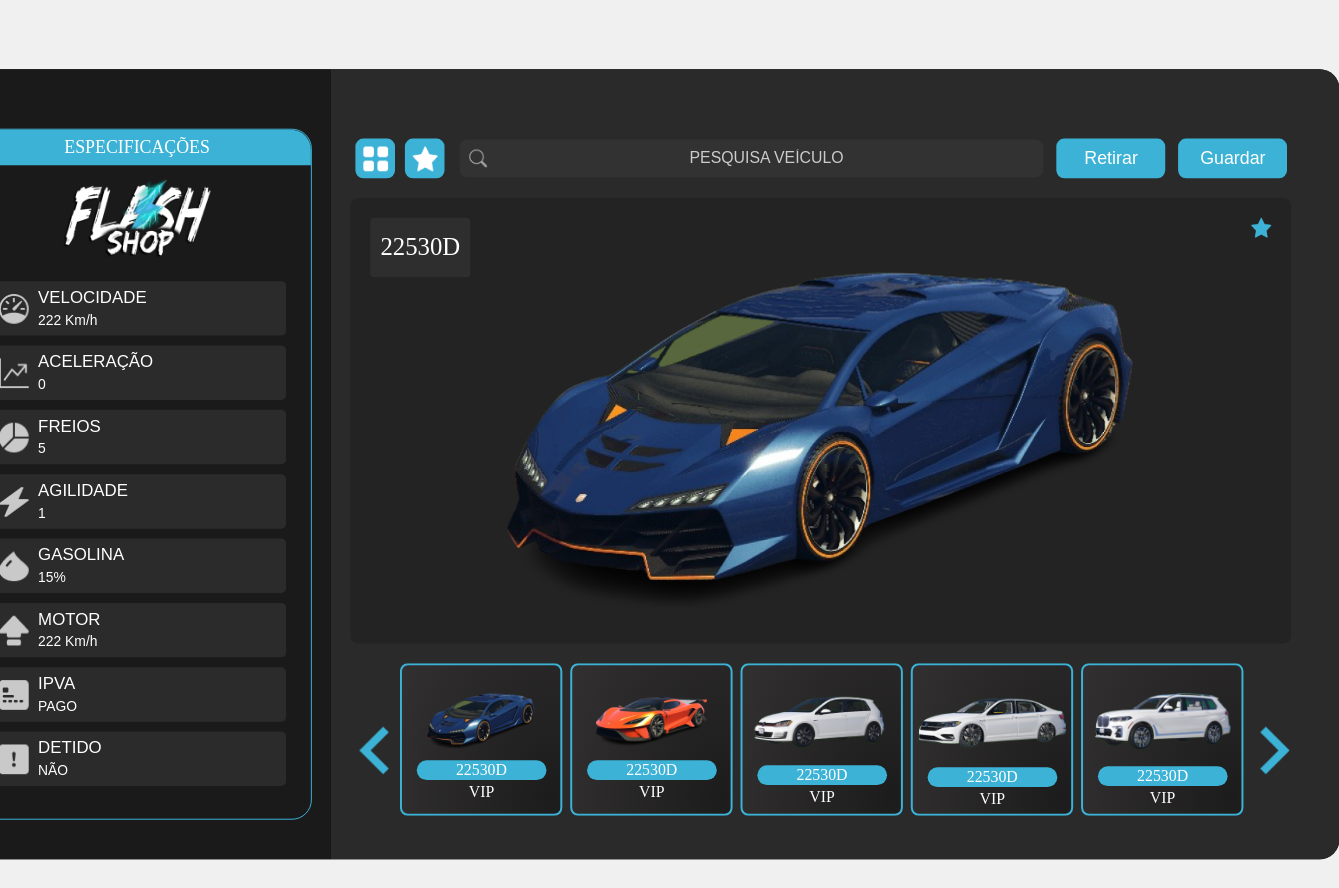
Repository: DuMCorrea/Garagem
Page: index.html
An editor plug-in stored every save of this project. The page is shown before and after the next save, followed by the edit.
The browser window is 1280 px wide. The page is 1353 px wide, so the pictures cover 1353 px, including what lies to the right of the window. The pictures show the whole page, at 99% of full size.
Some web fonts or font styles are not loaded; a fallback is used.

Above is the page before, as saved 2024-08-22 20:19:22.

### index.html
<!DOCTYPE html>
<html lang="pt-BR">
<head>
    <meta charset="UTF-8">
    <meta name="viewport" content="width=device-width, initial-scale=1.0">
    <link href="https://fonts.googleapis.com/css2?family=Baloo+Bhai&display=swap" rel="stylesheet">
    <title>Div Principal</title>
    <link rel="stylesheet" href="styles.css">
</head>
<body>
    <div class="div-principal">
        <div class="div-esquerda">
            <div class="retangulo-informacoes-3 duplicadoo">
                <img src="assets/FlashStore 2.png" alt="Imagem Mecânico" class="imagem-mecanico">
                <div class="titulo-retangulo">ESPECIFICAÇÕES</div>
                <div class="saldo-conteudo">
                    <div class="saldo-item">
                        <img src="assets/Velo.png" alt="Imagem de Carteira" class="saldo-imagem">
                        <div class="saldo-texto">
                            <p class="saldo-titulo">VELOCIDADE</p>
                            <p class="saldo-valor">222 Km/h</p>
                        </div>
                    </div>
                    <div class="saldo-item">
                        <img src="assets/Ace.png" alt="Imagem de Carteira" class="saldo-imagem">
                        <div class="saldo-texto">
                            <p class="saldo-titulo">ACELERAÇÃO</p>
                            <p class="saldo-valor">0</p>
                        </div>
                    </div>
                    <div class="saldo-item">
                        <img src="assets/Freios.png" alt="Imagem de Carteira" class="saldo-imagem">
                        <div class="saldo-texto">
                            <p class="saldo-titulo">FREIOS</p>
                            <p class="saldo-valor">5</p>
                        </div>
                    </div>
                    <div class="saldo-item">
                        <img src="assets/Agi.png" alt="Imagem de Carteira" class="saldo-imagem">
                        <div class="saldo-texto">
                            <p class="saldo-titulo">AGILIDADE</p>
                            <p class="saldo-valor">1</p>
                        </div>
                    </div>
                    <div class="saldo-item">
                        <img src="assets/Gaso.png" alt="Imagem de Carteira" class="saldo-imagem">
                        <div class="saldo-texto">
                            <p class="saldo-titulo">GASOLINA</p>
                            <p class="saldo-valor">15%</p>
                        </div>
                    </div>
                    <div class="saldo-item">
                        <img src="assets/Motor.png" alt="Imagem de Carteira" class="saldo-imagem">
                        <div class="saldo-texto">
                            <p class="saldo-titulo">MOTOR</p>
                            <p class="saldo-valor">222 Km/h</p>
                        </div>
                    </div>
                    <div class="saldo-item">
                        <img src="assets/Ipva.png" alt="Imagem de Carteira" class="saldo-imagem">
                        <div class="saldo-texto">
                            <p class="saldo-titulo">IPVA</p>
                            <p class="saldo-valor">PAGO</p>
                        </div>
                    </div>
                    <div class="saldo-item">
                        <img src="assets/Detido.png" alt="Imagem de Carteira" class="saldo-imagem">
                        <div class="saldo-texto">
                            <p class="saldo-titulo">DETIDO</p>
                            <p class="saldo-valor">NÃO</p>
                        </div>
                    </div>

                </div>
            </div>
        </div>


        <div class="div-direita">
            <div class="retangulo-fundo">
                <!-- Adicionando os quadrados e o input de pesquisa ao fundo -->
                <div class="container-quadrados">
                    <button class="botao-quadrado-azul">
                        <img src="assets/4Quadrados.png" alt="Ícone 1" class="pequena-imagem">
                    </button>
                    <button class="botao-quadrado-azul">
                        <img src="assets/estrela.png" alt="Ícone 2" class="pequena-imagem">
                    </button>
                    <div class="input-container">
                        <input type="text" class="input-pesquisa" placeholder="PESQUISA VEÍCULO">
                        <button class="botao-icone-pesquisa">
                            <img src="assets/lupa (2).png" alt="Ícone Pesquisa" class="icone-pesquisa">
                        </button>
                        <!-- Novos retângulos ao lado do input -->
                        <button class="botao-retangulo-azul">Retirar</button>
                        <button class="botao-retangulo-azul">Guardar</button>
                    </div>
                </div>

                <div class="codigo-overlay">22530D</div>
                <img src="assets/CarroMaior.png" alt="Imagem Central" class="imagem-central">
                <img src="assets/estrelaAzul.png" alt="Ícone Superior Direito" class="imagem-direita">
            </div>

            <button class="imagem-lateral imagem-lateral-esquerda">
                <img src="assets/menorMaior.png" alt="Imagem Esquerda">
            </button>

            <!-- Nova seção para os cards com fundo retangular azul claro -->
            <div class="fundo-cards">
                <div class="cards-container">
                    <div class="card">
                        <img src="assets/carro1.png" alt="Card 1" class="card-image">
                        <div class="card-content">
                            <div class="card-code">22530D</div>
                            <div class="card-vip">VIP</div>
                        </div>
                    </div>
                    <div class="card">
                        <img src="assets/carro2.png" alt="Card 2" class="card-image">
                        <div class="card-content">
                            <div class="card-code">22530D</div>
                            <div class="card-vip">VIP</div>
                        </div>
                    </div>
                    <div class="card">
                        <img src="assets/carro3.png" alt="Card 3" class="card-image2">
                        <div class="card-content">
                            <div class="card-code">22530D</div>
                            <div class="card-vip">VIP</div>
                        </div>
                    </div>
                    <div class="card">
                        <img src="assets/carro4.png" alt="Card 4" class="card-image3">
                        <div class="card-content">
                            <div class="card-code">22530D</div>
                            <div class="card-vip">VIP</div>
                        </div>
                    </div>
                    <div class="card">
                        <img src="assets/carro5.png" alt="Card 5" class="card-image4">
                        <div class="card-content">
                            <div class="card-code">22530D</div>
                            <div class="card-vip">VIP</div>
                        </div>
                    </div>
                    <button class="imagem-lateral imagem-lateral-direita">
                        <img src="assets/maiorMenor.png" alt="Imagem Direita">
                    </button>
                </div>
            </div>
        </div>







    </div>
</body>
</html>

### styles.css
body {
    display: flex;
    flex-direction: column;
    align-items: center;
    margin: 0;
    background-color: #f0f0f0;
    font-family: 'Baloo Bhai';
    overflow-y: auto;
    margin-top: 70px;
}

.div-principal {
    position: relative;
    display: flex;
    width: 1425px;
    height: 798px;
    border-radius: 20px;
    background-color: #010101;
    margin-bottom: 20px;
}

.div-esquerda {
    width: 27%; /* Ocupa 30% da largura da div-principal */
    background-color: #1A1A1A; /* Cor de fundo diferente para destaque */
    border-radius: 20px 0px 0px 20px; /* Canto arredondado na esquerda */
    padding: 20px;
}

.div-direita {
    width: 72%; /* Ocupa 70% da largura da div-principal */
    background-color: #2A2A2A; /* Cor de fundo diferente para destaque */
    border-radius: 0px 20px 20px 0px; /* Canto arredondado na direita */
    padding: 20px;
}

.retangulo-informacoes-3 {
    width: 320px;
    height: 232px;
    position: absolute;
    top: 580px;
    left: 462px;
    border-radius: 20px;
    border: 1px solid #3CB3D6;
    background-color: rgba(0, 0, 0, 0); /* Ajuste da opacidade de fundo */
    opacity: 1; /* Visibilidade ativada */
}
.duplicadoo {
    width: 350px;
    height: 696px;
    position: absolute;
    top: 60px;
    left: 35px;
    border-radius: 20px;
    border: 1px solid #3CB3D6;
    background-color: rgba(0, 0, 0, 0); /* Ajuste da opacidade de fundo */
    opacity: 1; /* Visibilidade ativada */
}

.titulo-retangulo {
    width: 100%; /* Ajusta a largura ao do retângulo */
    height: 36px;
    background: #3CB3D6; /* Cor de fundo */
    border-radius: 20px 20px 0 0; /* Arredonda apenas os cantos superiores */
    color: white; /* Cor do texto */
    font-size: 18px; /* Tamanho do texto */
    line-height: 36px; /* Centraliza verticalmente o texto */
    text-align: center; /* Centraliza horizontalmente o texto */
    position: absolute;
    top: 0; /* Alinha o título ao topo do retângulo */
    left: 0; /* Alinha o título à esquerda do retângulo */
}

.status-rectangle {
    width: 300px;
    height: 35px;
    position: absolute;
    top: 130px;
    left: 16px;
    display: flex;
    align-items: center;
    justify-content: space-between; /* Ajuste para espaçar os textos */
    padding: 0 10px; /* Adicione um pequeno padding para afastar o texto das bordas */
    border-radius: 5px;
    opacity: 1; /* Tornar o retângulo visível */
    background: #37373796;
  }
  .status-text {
    font-size: 14px;
    color: #fff;
    font-family: 'Baloo Bhai', sans-serif;
  }

  .imagem-mecanico {
    display: block;
    margin: 0 auto; /* Centraliza a imagem horizontalmente */
    width: 50%; /* Ajuste a largura da imagem conforme necessário */
    height: 25%; /* Ajuste a altura da imagem conforme necessário */
    position: absolute;
    top: 0px; /* Ajuste a posição vertical da imagem */
    left: 50%;
    transform: translateX(-50%); /* Centraliza a imagem em relação ao retângulo */
}








.saldo-imagem {
    width: 30px;
    height: 30px;
    margin-right: 10px; /* Espaçamento entre a imagem e o texto */
}
.saldo-conteudo {
    display: flex;
    flex-direction: column;
    align-items: center;
    justify-content: center;
    height: 100%;
    padding: 10px;
    gap: 10px; /* Espaçamento entre os retângulos */
    margin-top: 50px;
}

.saldo-item {
    display: flex;
    align-items: center;
    width: 280px;
    height: 35px;
    border-radius: 5px;
    background: #37373796;
    padding: 10px;
}

.saldo-texto {
    display: flex;
    flex-direction: column;
    gap: 2px; /* Espaçamento reduzido entre o título e o valor */
    font-family: 'Baloo Bhai', sans-serif;


}

.saldo-titulo {
    font-family: 'Baloo Bhai', sans-serif;
    font-size: 17px;
    font-weight: 400;
    line-height: 20px; /* Ajuste na altura da linha para deixar os textos mais próximos */
    text-align: left;
    color: white;
    margin: 0;
}
.saldo-valor {
    font-family: 'Baloo Bhai', sans-serif;
    font-size: 14px;
    font-weight: 400;
    line-height: 20px; /* Ajuste na altura da linha para deixar os textos mais próximos */
    text-align: left;
    color: white;
    margin: 0;
}



/* DIV DA DIREITA */

/* Estilo para o contêiner dos quadrados e do input de pesquisa */
.container-quadrados {
    position: absolute;
    top: -60px; /* Ajuste para posicionar os quadrados acima do fundo */
    left: 5px; /* Ajuste para mover os quadrados mais para a esquerda */
    display: flex;
    gap: 10px; /* Espaçamento entre os quadrados e o input */
}

.botao-quadrado-azul {
    width: 40px; /* Tamanho do quadrado */
    height: 40px; /* Tamanho do quadrado */
    background-color: #3CB3D6; /* Cor de fundo azul claro */
    display: flex;
    justify-content: center;
    align-items: center;
    border: none; /* Remove a borda padrão */
    border-radius: 8px; /* Bordas arredondadas */
    cursor: pointer; /* Indica que o elemento é clicável */
    padding: 0; /* Remove o padding padrão do botão */
    margin: 0; /* Remove a margem padrão do botão */
}

.pequena-imagem {
    width: 25px; /* Tamanho da imagem */
    height: 25px;
}

/* Estilo para o contêiner do input e ícone */
.input-container {
    position: relative; /* Define o contexto para o ícone */
    margin-left: 5px; /* Espaçamento entre os quadrados e o input */
}

/* Estilo para o input de pesquisa */
.input-pesquisa {
    padding: 10px 10px 10px 40px; /* Espaçamento interno, espaço adicional à esquerda para o ícone */
    width: 540px; /* Largura do input */
    background: rgba(62, 62, 62, 0.42); /* Cor de fundo com opacidade */
    border: none; /* Remove a borda padrão */
    border-radius: 8px; /* Bordas arredondadas */
    color: #fff; /* Cor do texto */
    font-size: 16px; /* Tamanho da fonte */
    text-align: center; /* Centraliza o texto do placeholder */
}

.input-pesquisa::placeholder {
    color: #ccc; /* Cor do placeholder */
}

/* Estilo para o botão da lupa */
.botao-icone-pesquisa {
    position: absolute; /* Alinha o botão com o input */
    left: 10px; /* Alinha o ícone à esquerda dentro do input */
    top: 50%; /* Alinha verticalmente o ícone no centro */
    transform: translateY(-50%); /* Corrige o alinhamento vertical */
    width: 18px; /* Tamanho do botão */
    height: 18px; /* Tamanho do botão */
    background: transparent; /* Remove o fundo do botão */
    border: none; /* Remove a borda padrão do botão */
    cursor: pointer; /* Indica que o botão é clicável */
    padding: 0; /* Remove o padding padrão do botão */
    display: flex; /* Centraliza o ícone dentro do botão */
    justify-content: center;
    align-items: center;
}
/* Estilo para o ícone dentro do botão */
.botao-icone-pesquisa img {
    width: 18px; /* Tamanho do ícone */
    height: 18px; /* Tamanho do ícone */
}

/* Outros estilos existentes */
.retangulo-fundo {
    width: 950px;
    height: 450px;
    background: rgba(29, 28, 28, 0.48); /* Cor com opacidade */
    border-radius: 8px;
    display: flex;
    justify-content: center;
    align-items: center;
    margin-top: 110px;
    position: relative; /* Define a posição relativa para o fundo */
}

.imagem-central {
    width: 650px;
    height: 378.6px;
}

.codigo-overlay {
    position: absolute;
    top: 20px; /* Ajusta a posição para o canto superior */
    left: 20px; /* Ajusta a posição para o canto esquerdo */
    padding: 5px 10px;
    background: rgba(62, 62, 62, 0.42); /* Cor com opacidade */
    border-radius: 4px;
    color: #fff;
    font-size: 25px;
    line-height: 50px;
}

.imagem-direita {
    position: absolute;
    top: 20px; /* Posição no canto superior */
    right: 20px; /* Posição no canto direito */
    width: 20px; /* Ajuste o tamanho conforme necessário */
    height: 20px; /* Ajuste o tamanho conforme necessário */
}

.botao-quadrado-azul img {
    width: 25px; /* Tamanho da imagem */
    height: 25px;
}
/* Estilo para os botões dos retângulos */
.botao-retangulo-azul {
    width: 110px; /* Largura dos retângulos */
    height: 40px; /* Altura dos retângulos */
    background-color: #3CB3D6; /* Cor de fundo azul claro */
    display: flex;
    justify-content: center;
    align-items: center;
    border: none; /* Remove a borda padrão */
    border-radius: 8px; /* Bordas arredondadas */
    color: #fff; /* Cor do texto */
    font-size: 18px; /* Tamanho da fonte */
    cursor: pointer; /* Indica que o elemento é clicável */
    margin-left: 12px; /* Espaçamento entre o input e os retângulos */
    padding: 0; /* Remove o padding padrão do botão */
}

/* Estilo para o contêiner do input e ícone, ajustando o espaço para os retângulos */
/* Ajusta o contêiner do input e ícone para incluir os botões */
.input-container {
    position: relative; /* Define o contexto para o ícone e botões */
    margin-left: 5px; /* Espaçamento entre os quadrados e o input */
    display: flex; /* Organiza os itens horizontalmente */
    align-items: center; /* Alinha verticalmente os itens */
    gap: 1px; /* Espaçamento entre os itens */
}




/* Estilo para o código do card com fundo retangular azul */
.card-code {
    font-size: 16px; /* Tamanho da fonte ajustado */
    margin-bottom: 3px; /* Espaçamento abaixo do código */
    margin-top: 7px;
    background: #3CB3D6; /* Cor de fundo azul */
    color: #fff; /* Cor do texto branca para contraste */
    padding: 1px 40px; /* Espaçamento interno */
    border-radius: 10px; /* Bordas arredondadas */
    display: inline-block; /* Garante que o fundo azul se ajuste ao texto */
}

/* Estilo para a nova seção de cards */
.cards-container {
    display: flex; /* Organiza os cards horizontalmente */
    justify-content: flex-start; /* Alinha os cards no início da linha */
    flex-wrap: nowrap; /* Não permite quebra de linha, todos os cards na mesma linha */
    gap: 8px; /* Espaçamento entre os cards */
    margin-top: 20px; /* Espaçamento acima dos cards */
    margin-left: 50px; /* Espaçamento à esquerda da div para mover os cards mais para a direita */
    overflow-x: auto; /* Permite rolagem horizontal se os cards não cabem na tela */
}

/* Estilo para cada card */
.card {
    width: 160px; /* Largura aumentada do card */
    height: 150px; /* Altura aumentada do card */
    background: radial-gradient(547.21% 823.76% at 94.51% 88.04%, #1D1C1C 0%, #837E7E 100%); /* Cor de fundo do card */
    border: 2px solid #3CB3D6; /* Borda do card */
    border-radius: 8px; /* Bordas arredondadas */
    display: flex; /* Organiza o conteúdo verticalmente */
    flex-direction: column; /* Organiza os itens na vertical */
    align-items: center; /* Alinha o conteúdo horizontalmente no centro */
    justify-content: center; /* Alinha o conteúdo verticalmente no centro */
    overflow: hidden; /* Esconde qualquer parte do conteúdo que exceda os limites do card */
}

/* Estilo para a imagem do card */
.card-image {
    width: 70%; /* Largura da imagem */
    height: 40%; /* Altura da imagem reduzida */
    object-fit: cover; /* Cobre o espaço do card mantendo a proporção da imagem */
    margin-top: 15px;
}
.card-image2 {
    width: 120%; /* Largura da imagem */
    height: 80%; /* Altura da imagem reduzida */
    object-fit: cover; /* Cobre o espaço do card mantendo a proporção da imagem */
    margin-bottom: -20px;
    margin-top: -14px;
}
.card-image3 {
    width: 110%; /* Largura da imagem */
    height: 80%; /* Altura da imagem reduzida */
    object-fit: cover; /* Cobre o espaço do card mantendo a proporção da imagem */
    margin-bottom: -18px;
    margin-top: -12px;
}
.card-image4 {
    width: 100%; /* Largura da imagem */
    height: 70%; /* Altura da imagem reduzida */
    object-fit: cover; /* Cobre o espaço do card mantendo a proporção da imagem */
    margin-top: 0px;
    margin-bottom: -17px;
}

/* Estilo para o conteúdo do card */
.card-content {
    width: 100%; /* Largura do conteúdo */
    text-align: center; /* Centraliza o texto */
    color: #fff; /* Cor do texto */
    padding: 5px 0; /* Espaçamento interno */
}

/* Estilo para o código do card */
.card-code {
    font-size: 16px; /* Tamanho da fonte ajustado */
    margin-bottom: 3px; /* Espaçamento abaixo do código */
}

.imagem-lateral {
    position: absolute;
    top: 50%;
    transform: translateY(-50%);
    width: 25px; /* Ajuste o tamanho conforme necessário */
    height: 20px;
    background: none; /* Remove o fundo do botão */
    border: none; /* Remove a borda do botão */
    padding: 0; /* Remove o padding do botão */
    cursor: pointer; /* Muda o cursor para indicar que é um botão */
}

.imagem-lateral-esquerda {
    left: 0; /* Posiciona a imagem à esquerda dos cards */
    margin-left: 435px; /* Ajusta a distância da imagem em relação ao contêiner */
    margin-top: 275px;
}

.imagem-lateral-direita {
    right: 0; /* Posiciona a imagem à direita dos cards */
    margin-right: 55px; /* Ajusta a distância da imagem em relação ao contêiner */
    margin-top: 275px;
}

After the next save:
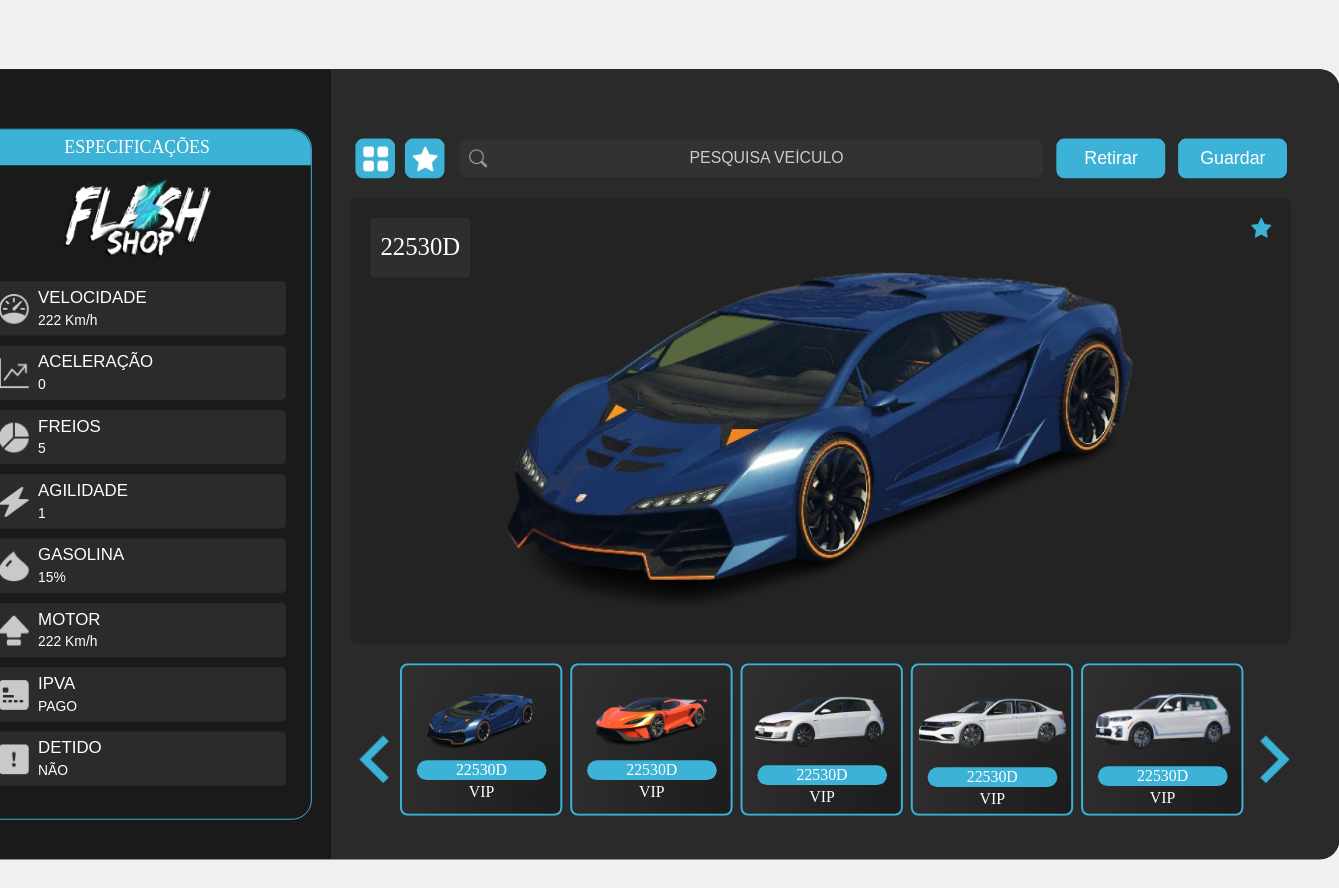
Saved 5 s later.
--- a/styles.css
+++ b/styles.css
@@ -395,7 +395,7 @@
     top: 50%;
     transform: translateY(-50%);
     width: 25px; /* Ajuste o tamanho conforme necessário */
-    height: 20px;
+    height: 2px;
     background: none; /* Remove o fundo do botão */
     border: none; /* Remove a borda do botão */
     padding: 0; /* Remove o padding do botão */
